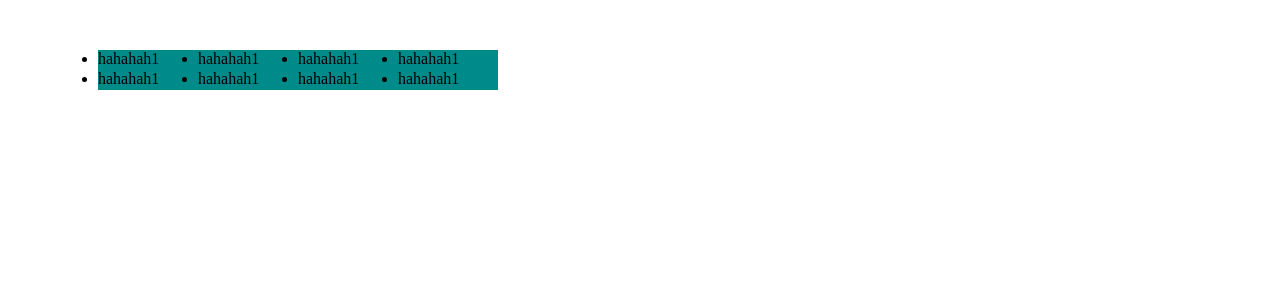
Repository: monijijian/VScodeProject
Page: test.html
An editor plug-in stored every save of this project. The page is shown before and after the next save, followed by the edit.
The browser window is 1280 px wide. The pictures show the whole page.

Above is the page before, as saved 2020-09-05 17:45:25.

After the next save:
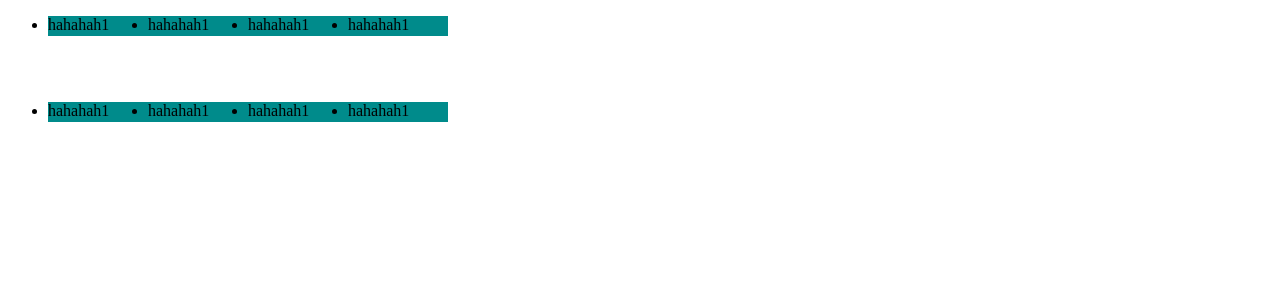
Saved 2 min 28 s later.
--- a/test.html
+++ b/test.html
@@ -8,8 +8,9 @@
         .cle{
             clear: both;
         }
-        div{
-            margin: 50px;
+        .ma{
+            clear: both;
+            height: 50px;
         }
         li{
             float: left;
@@ -20,7 +21,7 @@
     </style>
 </head>
 <body>
-    <div class="cle">
+    <div>
         <ul>
             <li>hahahah1</li>
             <li>hahahah1</li>
@@ -28,7 +29,10 @@
             <li>hahahah1</li>
         </ul>
     </div>
-    <div class="cle">
+
+    <div class="ma"></div>
+
+    <div>
         <ul>
             <li>hahahah1</li>
             <li>hahahah1</li>
